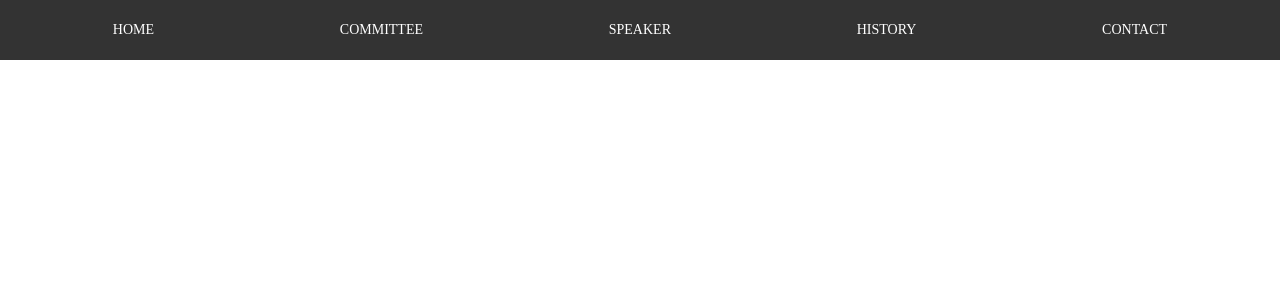
Repository: sunfeinb/huiyi
Page: /
The author's editor kept a copy of each file at every save. The page is drawn from the files as they stood at one save, then again after the next save.
The browser window is 1280 px wide. The pictures show the whole page.
The project was rebuilt for these pictures with package versions that can differ from the ones it lists, and the page was loaded fresh each time.

Above is the page before, as saved 2021-11-02 16:15:40.

### src/App.vue
<template>
  <div id="app">
    <router-view/>
  </div>
</template>

<style lang="scss">
*{
  margin: 0px;
  padding: 0px;
}
</style>

### src/router/index.js
import Vue from 'vue'
import VueRouter from 'vue-router'
import Home from '../views/Home.vue'

Vue.use(VueRouter)

const routes = [
  {
    path: '/',
    name: 'Home',
    component: Home,
    meta: { title: '首页' }
  },

  {
    path: '/About',
    name: 'About',
    component: () => import("../views/About"),
    meta: { title: "关于" }
  }
]

const router = new VueRouter({
  mode: 'history',
  base: process.env.BASE_URL,
  routes
})
router.beforeEach((to, form,next, ) => {
    document.title = to.meta.title
  next()
})
export default router

### src/views/Home.vue
<template>
  <div>
    <el-container>
  <el-header style="  background-color: #333;">
    <div class="box">
      <div class="homeing">
        HOME
      </div>
      <div class="commit">
        COMMITTEE
      </div>
      <div class="Speaker">
        SPEAKER
      </div>
      <div class="hist">
        HISTORY
      </div>
      <div class="conta">
        CONTACT
      </div>

    </div>
  </el-header>
  <el-main>
    <!-- 轮播图 -->

  </el-main>
</el-container>
  </div>
</template>

<script>
export default {
  props:{},
  data () {
    return {
      name:''
    }
  },
  components: {},
  methods: {},
  mounted() {},
  computed: {},
  watch: {}
}
</script>

<style lang='scss' scoped>
.box{
  display: flex;
  justify-content: center;
  align-items: center;
  height: 100%;
  font-size: 14px;
  color: white;
  justify-content: space-around;
  cursor: pointer;
}
</style>

Loaded but not shown: public/index.html (common file); src/main.js (common file); src/store/index.js (common file)

After the next save:
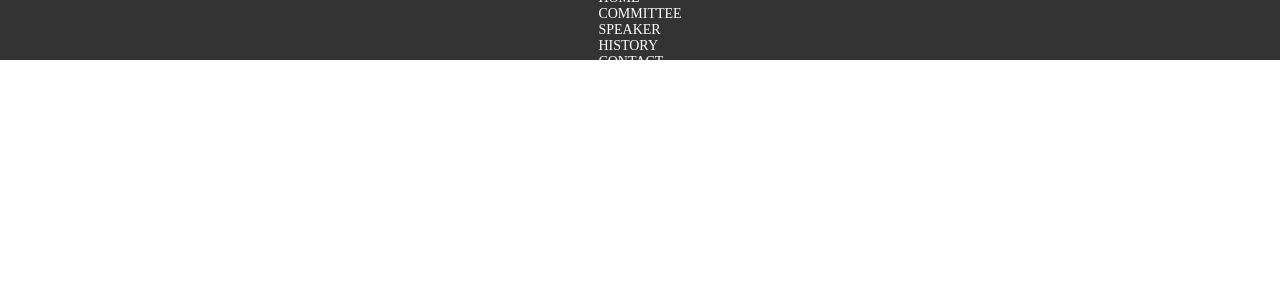
Saved 52 s later.
--- a/src/views/Home.vue
+++ b/src/views/Home.vue
@@ -3,7 +3,8 @@
     <el-container>
   <el-header style="  background-color: #333;">
     <div class="box">
-      <div class="homeing">
+ <div class="box1">
+        <div class="homeing">
         HOME
       </div>
       <div class="commit">
@@ -18,6 +19,7 @@
       <div class="conta">
         CONTACT
       </div>
+ </div>
 
     </div>
   </el-header>
@@ -53,7 +55,10 @@
   height: 100%;
   font-size: 14px;
   color: white;
+}
+.box1{
+  cursor: pointer;
   justify-content: space-around;
-  cursor: pointer;
+
 }
 </style>
